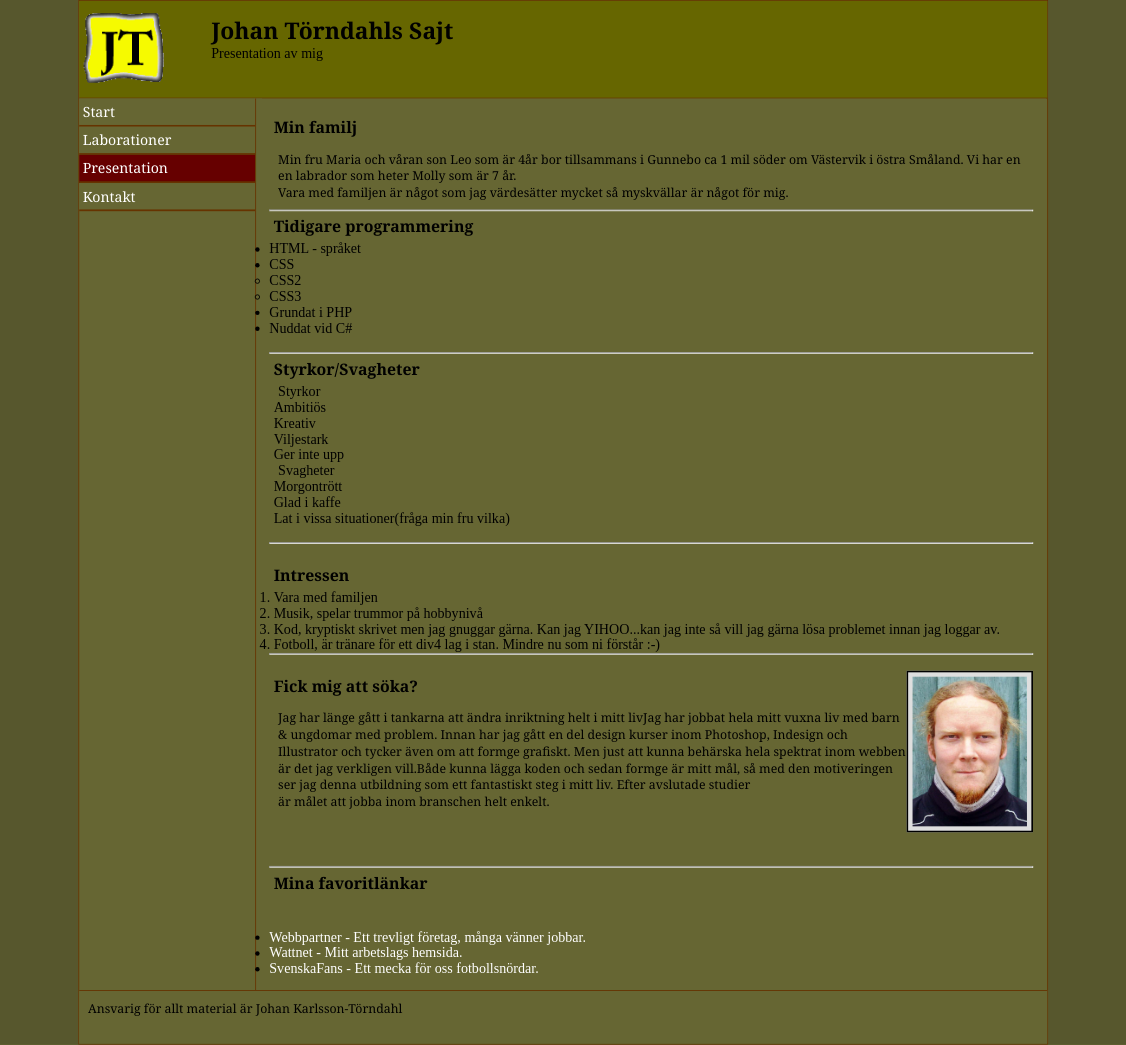
Repository: jt222ia/1ik415-jt222ia-laborationer
Page: pages/presentation.html
The author's editor kept a record of every edit. The page is drawn from the files as they stood at one moment, then again after the next edit.
The browser window is 1280 px wide. The pictures show the whole page, at 88% of full size.

Above is the page before.

### pages/presentation.html
<!DOCTYPE html>
<html>
    <head>
        <meta charset="utf-8" />
        <title>Min kursblogg - Presentation</title>
        <link rel="stylesheet" href="../css/style.css" type="text/css" />
    </head>

    <body>
    <div id="container">
            <!-- Nu börjar jag presentationen av mig :-) -->

        <div id="header">
            <div id="header_logo">
                <img src="../pics/logo_trans.png">
            </div>

            <div id="header_content">
                <h1 class="top_h1">Johan Törndahls Sajt</h1>
                <span>Presentation av mig</span>
            </div>
        </div>
        <div id="clear"></div>

        <div id="navigation">
            <ul>
               <li><a href="../index.html">Start</a></li>
               <li><a href="laborationer.html">Laborationer</a></li>
               <li><a href="presentation.html" class="active">Presentation</a></li>
               <li><a href="kontakt.html">Kontakt</a></li>
            </ul>
        </div>
        <div id="content">
            <h3>Min familj</h3>
                    <p> Min fru Maria och våran son Leo som är 4år bor tillsammans i Gunnebo ca 1 mil söder om Västervik i östra Småland.
                    Vi har en en labrador som heter Molly som är 7 år. <br />
                    Vara med familjen är något som jag värdesätter mycket så myskvällar är något för mig.
                    </p>
                    <hr />

            <h3>Tidigare programmering</h3>
                    <ul>
                        <li>HTML - språket</li>
                        <li>CSS
                            <ul>
                                <li>CSS2</li>
                                <li>CSS3</li>
                            </ul>
                        </li>
                        <li>Grundat i PHP</li>
                        <li>Nuddat vid C#</li>
                    </ul>
                    <br>
                    <hr />

            <h3>Styrkor/Svagheter</h3>
                    <dl>
                        <dt>Styrkor</dt>
                            <dd>Ambitiös</dd>
                            <dd>Kreativ</dd>
                            <dd>Viljestark</dd>
                            <dd>Ger inte upp</dd>

                        <dt>Svagheter</dt>
                            <dd>Morgontrött</dd>
                            <dd>Glad i kaffe</dd>
                            <dd>Lat i vissa situationer(fråga min fru vilka)</dd>
                    </dl>
                    <br>
                    <hr />
                    <br>
            <h3>Intressen</h3>
                        <ol>
                          <li>Vara med familjen</li>
                          <li>Musik, spelar trummor på hobbynivå</li>
                          <li>Kod, kryptiskt skrivet men jag gnuggar gärna. Kan jag YIHOO...kan jag inte så vill jag gärna lösa problemet innan jag loggar av.</li>
                          <li>Fotboll, är tränare för ett div4 lag i stan. Mindre nu som ni förstår :-)</li>
                        </ol>
                    <hr /><br>
            <img src="../pics/me.jpg" id="bilden" alt="Ett fotografi av mig" class="img_right" width="130" height="170">
            <h3>Fick mig att söka?</h3>
                    <p>Jag har länge gått i tankarna att ändra inriktning helt i mitt livJag har jobbat hela mitt vuxna liv med barn & ungdomar med problem.
                        Innan har jag gått en del design kurser inom Photoshop, Indesign och Illustrator och tycker även om att formge grafiskt. Men just att kunna behärska
                        hela spektrat inom webben är det jag verkligen vill.Både kunna lägga koden och sedan formge är mitt mål, så med den motiveringen ser jag denna utbildning
                        som ett fantastiskt steg i mitt liv. Efter avslutade studier<br /> är målet att jobba inom branschen helt enkelt.
                    </p>



     <!-- Nu avslutar jag presentationen av mig. Hoppas det var trevlig läsning -->
                     <br><br><br>
                      <hr />
            <h3>Mina favoritlänkar</h3><br><br>
                     <ul>
                         <li><a href="http://www.webbpartner.se" target="_blank">Webbpartner - Ett trevligt företag, många vänner jobbar.</a></li>
                         <li><a href="http://www.wattnet.se" target="_blank">Wattnet - Mitt arbetslags hemsida.</a></li>
                         <li><a href="http://www.svenskafans.se" target="_blank">SvenskaFans - Ett mecka för oss fotbollsnördar.</a></li>
                     </ul>
        </div>
        <div id="footer">
            <p>Ansvarig för allt material är Johan Karlsson-Törndahl</p>
        </div>
    </div>
    </body>
</html>

### css/style.css
/*
Mina färger
Container, content, navigation - #666633
Header,  - #666600
Borders - #663300
Länkar - #fff
Active link - #660000
*/

* {
    margin:0;
    padding:0;
}

body {
 background-color:#57572D;

}

/*De stora blocken */

#container{
    margin:0 auto;
    width:1100px;
    border:1px solid #663300;
    background-color:#666633;

}

#header {
    height:110px;
    background-color:#666600;
    border-bottom:1px solid #663300;

}
#header_logo {
    float:left;
    width:150px;


}
#header_content {
    float:left;
    width:500px;

}

#navigation{
    width:200px;
    float:left;
    background-color:#666633;

}
#content {
    width:868px;
    float:left;
    padding:15px;
    background-color:#666633;
    border-left:1px solid #663300;

}

#footer {
    clear:both;
    height:60px;
    border-top:1px solid #663300;
    background-color:#666633;
}
#clear {
    clear:both;
}

/* Menyn */

#navigation ul {
     margin:0px;
     padding:0px;
     list-style:none;
}
#navigation ul li {

}
#navigation ul a {
    display:block;
    padding:4px;
    width:200px;
    font-family:georgia;
    text-decoration:none;
    border-bottom:2px solid #663300;
    color:#fff;
    background-color:#666633;

}
#navigation ul a:hover{
    background-color:#663333;
}

/* Formulär på kontaktsidan */
fieldset {
    width:500px;
    padding:20px 0 20px 50px;
    border:1px solid #000;

}
legend {
    background-color:#666600;
    padding:2px;
}
.input{
    padding:5px;
    margin-left:5px;
}
.submit{
    width:35px;
    height:10px;
    padding:5px;
}



/*Klasser */

#navigation ul li .active {
   background-color:#660000;

}
.postauthor{
    text-align:right;
    font-style:italic;

}
.top_h1 {
    margin-top:15px;
    margin-right:10px;
}

.icon{
    float:left;
}

.img_right{
   float:right;
   border:2px solid #000;
   background-color:#dedede;
   padding:5px;
}
.img_left{

   border:2px solid #000;
   background-color:#ededed;
   padding:5px;
}
.sidul {
    list-style:none;
    margin-left:5px;
}
.sidol {
    margin-left:5px;

}

/*Typografi på sidan */

h1 {
    font-size:26px;
    font-family:Georgia, sans-serif;

}
h2 {
    font-size:24px;
    font-family:Georgia, sans-serif;
    text-decoration:underline;

}
h3 {
    font-size:18px;
    font-family:Georgia, sans-serif;
    padding:5px;

}
a {
    text-decoration:none;
    font-style:bold;
    color:#fff;
}
p{
    font-size:14px;
    font-family:Georgia;
    padding:10px;
}
dl, dt, ol {
    margin-left:5px;

}

After the next edit:
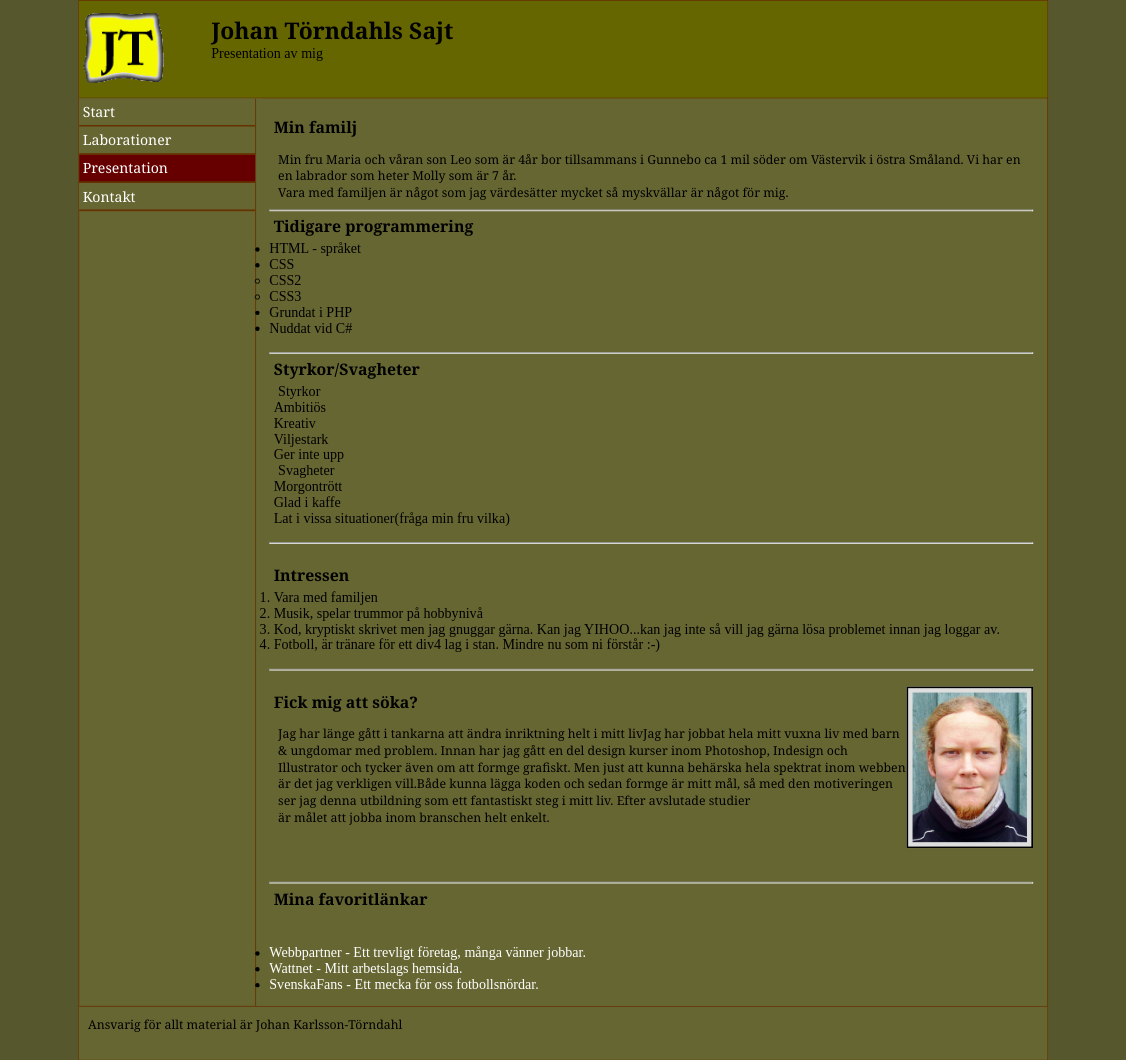
The edit:
--- a/pages/presentation.html
+++ b/pages/presentation.html
@@ -75,7 +75,7 @@
                           <li>Musik, spelar trummor på hobbynivå</li>
                           <li>Kod, kryptiskt skrivet men jag gnuggar gärna. Kan jag YIHOO...kan jag inte så vill jag gärna lösa problemet innan jag loggar av.</li>
                           <li>Fotboll, är tränare för ett div4 lag i stan. Mindre nu som ni förstår :-)</li>
-                        </ol>
+                        </ol><br>
                     <hr /><br>
             <img src="../pics/me.jpg" id="bilden" alt="Ett fotografi av mig" class="img_right" width="130" height="170">
             <h3>Fick mig att söka?</h3>
